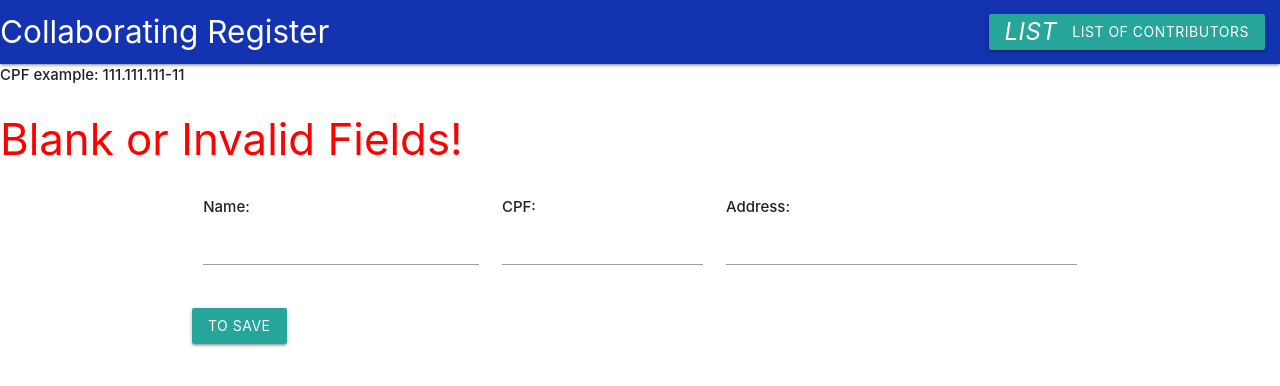
Repository: matheusf98/Api-REST_Brasilprev
Page: http://localhost/collaborator/formCollaboratorError
An editor plug-in stored every save of this project. The page is shown before and after the next save, followed by the edit.
The browser window is 1280 px wide. The pictures show the whole page.
The page is this project's Thymeleaf template; nobody is signed in. The template is opened directly, without the code that normally fills it, so the values that code supplies are empty.

Above is the page before, as saved 2020-09-15 02:54:56.

After the next save:
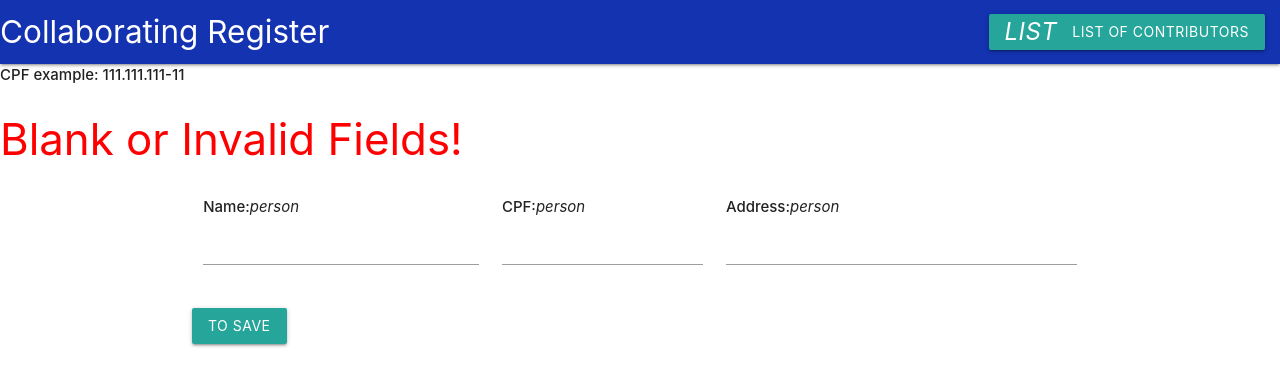
Saved 2 min 41 s later.
--- a/collaborator/src/main/resources/templates/collaborator/formCollaboratorError.html
+++ b/collaborator/src/main/resources/templates/collaborator/formCollaboratorError.html
@@ -27,13 +27,13 @@
 	<form class="container" action="" method="post">
 	<div class="row">
 		<div class="input-field col s4">
-			<strong>Name:</strong><input type="text" value="" name="name"/>
+			<strong>Name:</strong><i class="">person</i><input type="text" value="" name="name"/>
 		</div>
 		<div class="input-field col s3">
-			<strong>CPF:</strong><input type="text" value="" name="cpf"/>
+			<strong>CPF:</strong><i class="">person</i><input type="text" value="" name="cpf"/>
 		</div>
 		<div class="input-field col s5">
-			<strong>Address:</strong><input type="text" value="" name="address"/>
+			<strong>Address:</strong><i class="">person</i><input type="text" value="" name="address"/>
 		</div>
 	</div>
 		<button class="waves-effect waves-light btn" type="submit">To save</button>
